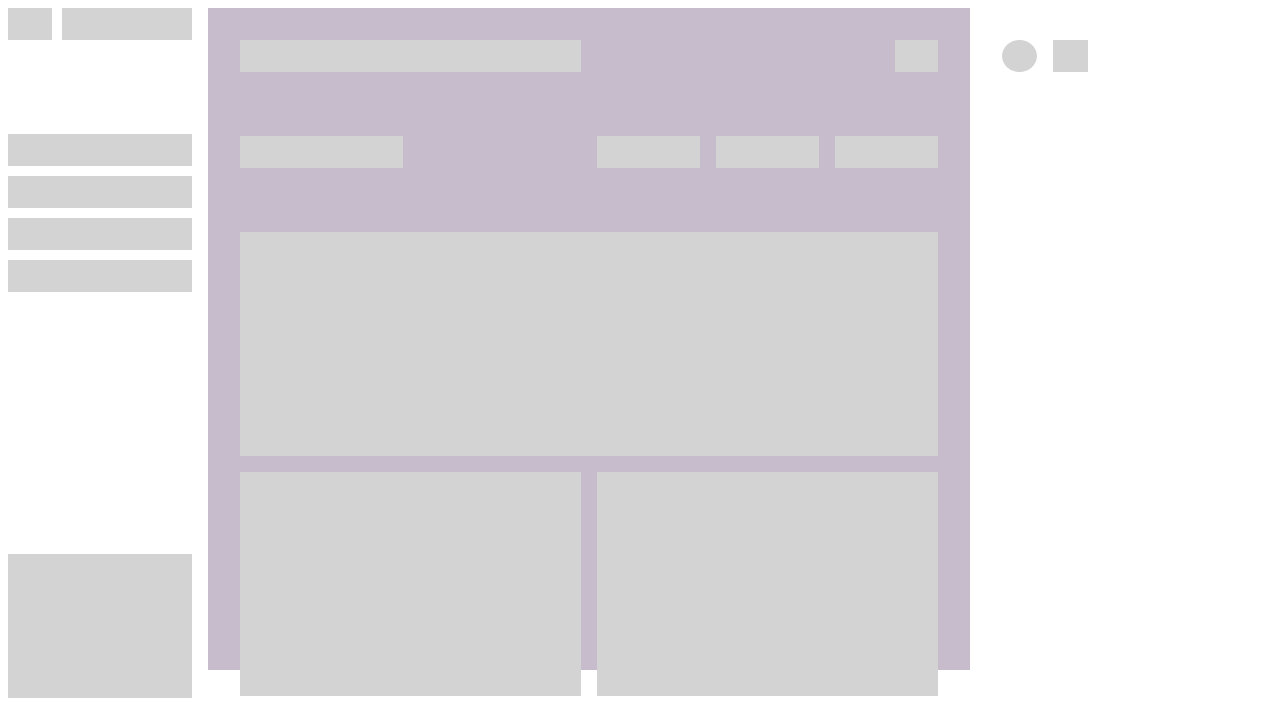
Repository: tr2cky/exercise2
Page: index.html
The author's editor kept a copy of each file at every save. The page is drawn from the files as they stood at one save, then again after the next save.
The browser window is 1280 px wide. The pictures show the whole page.

Above is the page before, as saved 2022-10-01 18:47:56.

### index.html
<!DOCTYPE html>
<html lang="en">

<head>
    <meta charset="UTF-8">
    <meta http-equiv="X-UA-Compatible" content="IE=edge">
    <meta name="viewport" content="width=device-width, initial-scale=1.0">
    <link rel="stylesheet" href="style.css">
    <title>Document</title>
</head>

<body>
    <div class="container">
        <div class="side1">
        <div id="box1"></div>
        <div id="box2"></div>
        <div id="box3"></div>
        <div id="box4"></div>
        <div id="box5"></div>
        <div id="box6"></div>
        <div id="box7"></div>
        <div id="box8"></div>
        </div>
        <main>
            <div id="boxa"></div>
            <div id="boxb"></div>
            <div id="boxc"></div>
            <div id="boxd"></div>
            <div id="boxe"></div>
            <div id="boxf"></div>
            <div id="boxg"></div>
            <div id="boxh"></div>
            <div id="boxj"></div>
        </main>
        <div class="side2">
            <div id="boxq"></div>
            <div id="boxw"></div>
        </div>
    </div>
</body>

</html>

### style.css
.container {
    display: flex;
    flex-direction: row;
    height: 92vh;
}

main {
    flex-grow: 3;
    background-color: rgb(199, 188, 204);
    display: grid;
    grid-template-columns: repeat(12, 1fr);
    grid-auto-rows: 2em;
    grid-gap: 1em;
    padding: 2em;
}

.side1 {
    flex-grow: 1;
    display: grid;
    grid-template-columns: 1fr 3fr;
    grid-auto-rows: 2em;
    grid-gap: 10px;
    margin-right: 1em;
}

.side2 {
    flex-grow: 1;
}

.side1 div,
main div,
.side2 div {
    background-color: lightgray;
}

#box3 {
    grid-column: 1/3;
    grid-row: 8;
    justify-self: start;
}

#box4 {
    grid-column: 1/3;
    grid-row: 4;
}

#box5 {
    grid-column: 1/3;
    grid-row: 5;
}

#box6 {
    grid-column: 1/3;
    grid-row: 6;
}

#box7 {
    grid-column: 1/3;
    grid-row: 7;
}

#box8 {
    grid-column: 1/3;
    grid-row: 14;
    height: 9em;
}

#boxa {
    grid-column: 1/7;
}

#boxb {
    grid-column: 12;
}

#boxc {
    grid-column: 1/4;
    grid-row: 3;
}
#boxd {
    grid-column: 7/9;
    grid-row: 3;
}
#boxe {
    grid-column: 9/11;
    grid-row: 3;
}
#boxf {
    grid-column: 11/13;
    grid-row: 3;
}
#boxg {
    grid-row: 5/10;
    grid-column: 1/13
}
#boxh {
    grid-row: 10/15;
    grid-column: 1/7;
}
#boxj {
    grid-row: 10/15;
    grid-column: 7/13;
}
.side2 {
    display: grid;
    grid-template-columns: repeat(5, 1fr);
    grid-gap: 1em;
    grid-auto-rows: 2em;
    padding: 2em;
}
#boxq {
    border-radius: 50%;
}

After the next save:
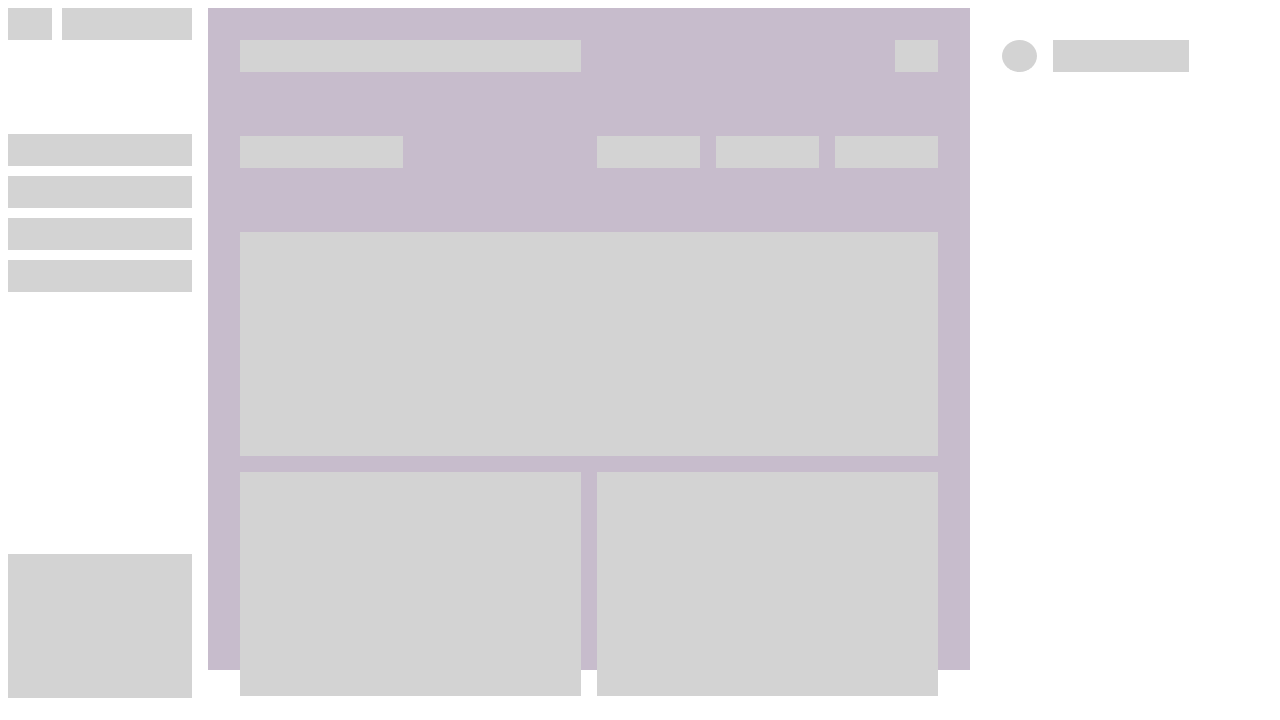
Saved 56 s later.
--- a/style.css
+++ b/style.css
@@ -111,3 +111,6 @@ main div,
 #boxq {
     border-radius: 50%;
 }
+#boxw {
+    grid-area: 1 / 2 / 1 / 5;
+}
